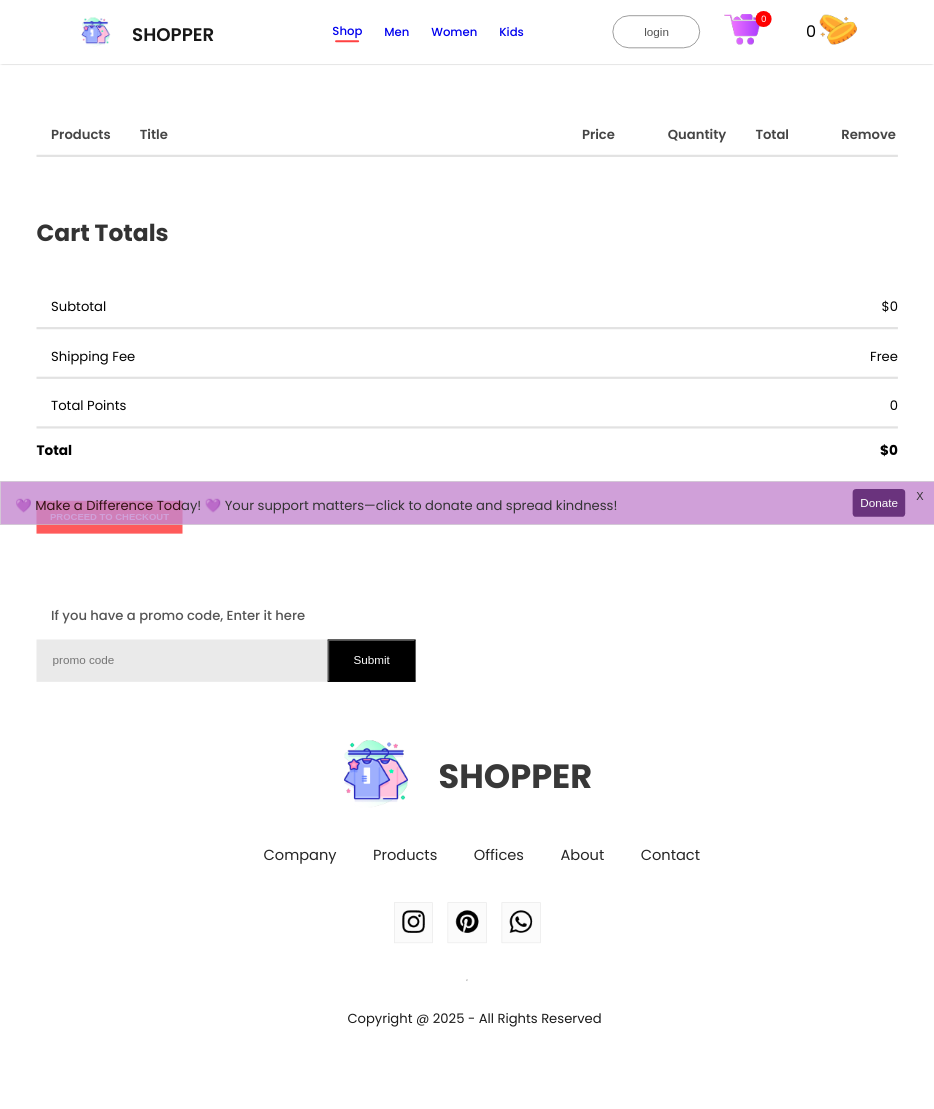
Repository: PayalJakhar/Shoppers-E-commerce-Website
Page: /cart (app in frontend/)
These files come from the project's save history. The page is drawn as it stood at one moment and after a run of saves; the edit follows.
The browser window is 1280 px wide. The pictures show the whole page, at 73% of full size.
The page's requests for data from a server got no answer. The project was rebuilt for these pictures with package versions that can differ from the ones it lists, and the page was loaded fresh each time. No one was signed in, and anything a server would have sent is missing. Also part of the build but not shown: frontend/src/App.css, frontend/src/Components/Hero/Hero.css, frontend/src/Components/Hero/Hero.jsx, frontend/src/Components/Popular/Popular.css, frontend/src/Components/Item/Item.css, frontend/src/Components/Item/Item.jsx, frontend/src/Components/Popular/Popular.jsx, frontend/src/Components/Offers/Offers.css and 21 more.

Above is the page before, as saved 2025-02-07 23:43:29.

After the next 2 saves:
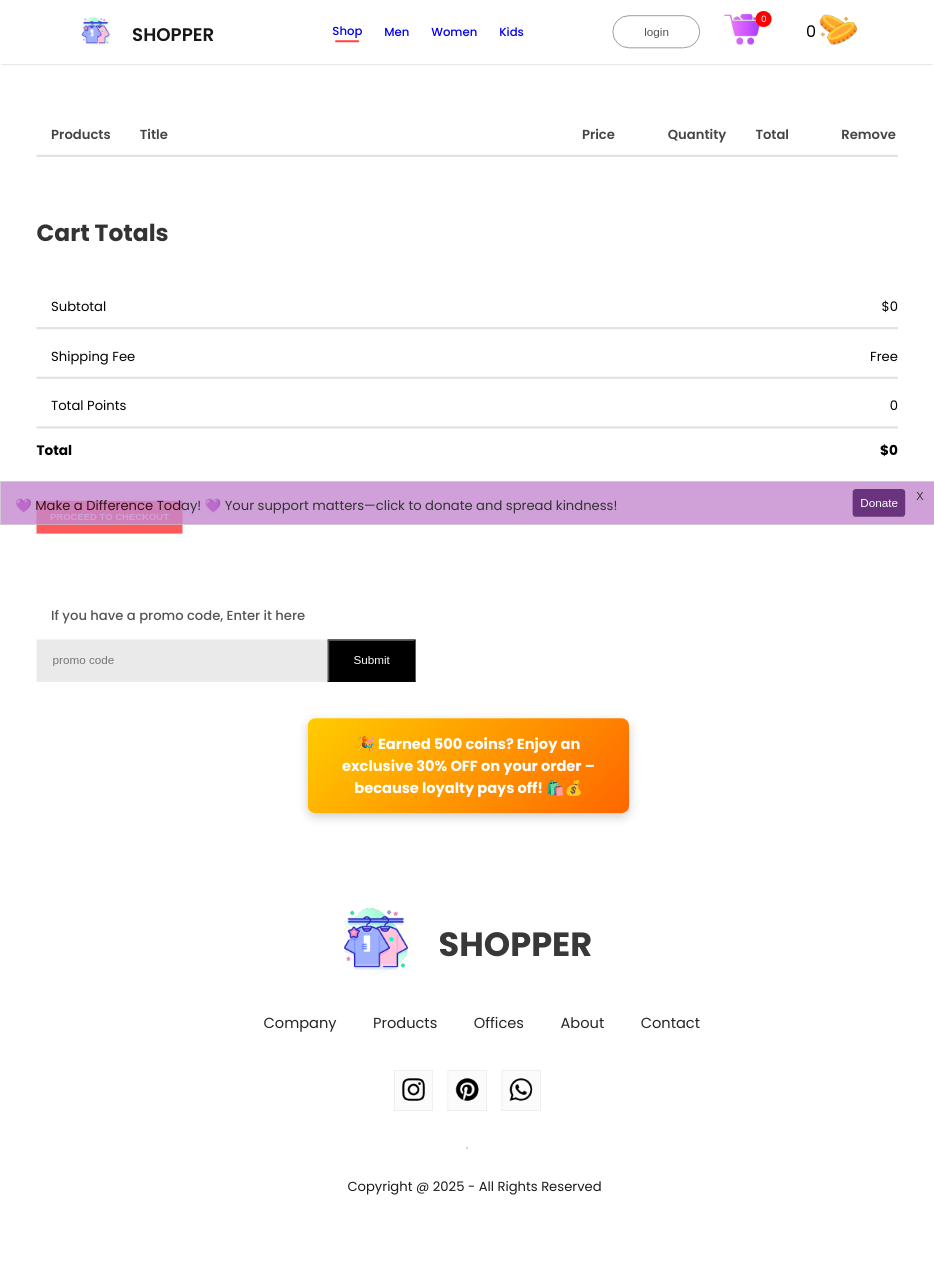
The 2 saves are shown as one change because they came seconds apart.
The last was saved 6 s later.
--- a/frontend/src/Components/CartItems/CartItems.jsx
+++ b/frontend/src/Components/CartItems/CartItems.jsx
@@ -70,7 +70,9 @@ const CartItems = () => {
                             <button>Submit</button>
                         </div>
                     </div>
-
+                    <div class="animated-box">
+                    🎉 Earned 500 coins? Enjoy an exclusive <strong>30% OFF</strong> on your order – because loyalty pays off! 🛍️💰
+                    </div>
                 </div>
             </div>
         </div>
